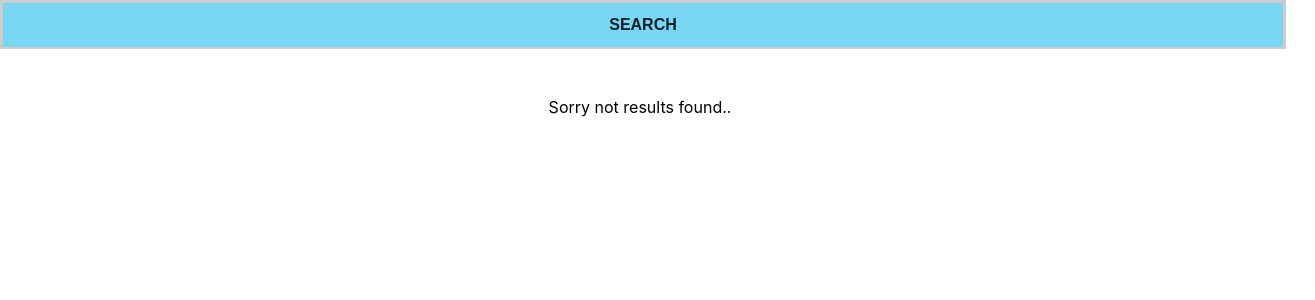
Repository: jijo78/movie-tvshows-list
Page: /
The author's editor kept a copy of each file at every save. The page is drawn from the files as they stood at one save, then again after the next save.
The browser window is 1280 px wide. The page is 1286 px wide, then 1315 px, so the pictures cover 1315 px, including what lies to the right of the window. The pictures show the whole page.
The page's requests for data from a server got no answer. The project was rebuilt for these pictures with package versions that can differ from the ones it lists, and the page was loaded fresh each time. No one was signed in, and anything a server would have sent is missing. Also part of the build but not shown: src/MediaRatio.tsx.

Above is the page before, as saved 2020-11-25 17:31:47.

### src/App.tsx
import React, { FC, useEffect, useState } from 'react'
import useSWR from 'swr'
import config from './config'
import QuickSearch from './QuickSearch'
import SearchResults from './SearchResults'

import styled from 'styled-components'
// import classNames from 'classnames'
// import debounce from 'lodash/debounce'
export const fontRootSize = 16

const pxToRem = (size: number) => `${size / fontRootSize}rem`
export const SCREEN_WIDTH_MIN = pxToRem(320)

export const SCREEN_WIDTH_MIN_2 = pxToRem(400)
interface Props {
  children: React.ReactChildren
}
const Container = styled('section')`
  display: flex;
  justify-content: center;
`

const getData = (url: string): Promise<any> => fetch(url).then((res) => res.json())

const StickyWrapper: FC<Props> = ({ children, ...rest }) => {
  const [shouldFetch, setShouldFetch] = useState(true)
  const [term, setTerm] = useState('a')
  const [append, setAppend] = useState('credits')

  const { data, error, isValidating } = useSWR(
    shouldFetch
      ? `https://api.themoviedb.org/3/search/multi?&api_key=${config.api}&query=${term}&include_adult=false&append_to_response=${append}`
      : null,
    getData,
    {
      shouldRetryOnError: false,
      revalidateOnFocus: false,
    }
  )

  useEffect(() => {
    if (data) {
      setShouldFetch(false)
    }
  }, [])

  return (
    <>
      <QuickSearch />
      <Container as="section">
        <SearchResults results={data} />
      </Container>
    </>
  )
}

export default StickyWrapper

### src/config.js
module.exports = {
    'api': '00827fd50b322764fdf4d571822a4a05'
};

### src/QuickSearch.tsx
import React, { FC } from 'react'

import styled from 'styled-components'

type Props = {
  onClick?: (e: React.MouseEvent<any>) => void
  onSubmit?: () => void
  placeholder?: string
}
/**
 * Card is a general purpose container for content.
 */
const Search = styled('section')`
  border: 3px solid #ccc;
  margin-bottom: 2rem;
  display: flex;

  width: 100%;
`

const SearchForm = styled('form')`
  position: relative;
  width: 100%;
  &fieldset {
    margin: 0;
    padding: 0;
    border: 0 none;
  }
  &.search__form--hidden {
    display: none;
  }
`
const SearchLegend = styled('legend')`
  display: none;
`

const SearchInput = styled('input')`
  position: relative;
  color: #ccc;
  width: 100%;
  text-align: center;
  padding: 0.2rem 0;
  font-size: 2rem;
  border: 0 none;
  &::placeholder {
    color: #ccc;
  }
`

const Button = styled('button')`
  width: 100%;
  border: none;
  border-color: #5c5c5c;
  cursor: pointer;
  position: absolute;
  right: 0;
  display: inline-flex;
  color: #ffffff;
  background-color: rgb(13, 46, 61);
  padding: 0.75rem;
  text-align: center;
  text-decoration: none;
  vertical-align: middle;

  justify-content: center;
  text-transform: uppercase;

  font-size: 1rem;
  line-height: 1.25;

  letter-spacing: normal;
  font-weight: bold;
  background-color: #79d6f2;
  color: #091f29;
`

const QuickSearch: FC<Props> = ({ onSubmit, onClick, placeholder }) => {
  return (
    <Search>
      <SearchForm onSubmit={onSubmit}>
        <SearchLegend>Find a movie </SearchLegend>
        <SearchInput onClick={onClick} placeholder={placeholder} />
        <Button type="submit">Search</Button>
      </SearchForm>
    </Search>
  )
}

export default QuickSearch

### src/SearchResults.tsx
import React, { FC } from 'react'
import { formatDateUK } from './date'
import { Media16x9 } from './MediaRatio'
import styled from 'styled-components'

interface Props {
  results: { results: Array<any> }
}
const Cards = styled('ul')`
  display: grid;
  width: 80rem;
  grid-template-columns: repeat(auto-fit, minmax(320px, 1fr));
  grid-gap: 2rem;
  margin: 0;
  padding: 0;
`

const Card = styled('li')`
  min-height: 10rem;
  height: 100%;
  position: relative;
  background-color: #000;
  color: #fff;
  list-style-type: none;
`
/**
 * Contains an image or other media to be placed inside the card
 */
export const CardBody = styled('div')`
  position: relative;
  padding: 0.5rem;
`

/**
 * Content to be placed at the bottom of the card.
 */
export const CardFooter = styled('footer')`
  position: relative;
  padding: 0.5rem;
`
const SearchResults: FC<Props> = ({ results }) => {
  console.log('results: ', results)
  const base_url = 'https://image.tmdb.org/t/p/w780'
  const placeholder = 'http://via.placeholder.com/400x200'

  return results && results.results && results.results.length ? (
    <Cards>
      {results.results.map((result, i) => (
        <Card>
          <Media16x9>
            <img
              alt={result.original_name}
              src={
                result.poster_path !== null && result.poster_path !== undefined
                  ? `${base_url}${result.poster_path}`
                  : `${placeholder}`
              }
            />
          </Media16x9>
          <CardBody>
            <h3>{result.title || result.original_name}</h3>
            <p>{result.overview}</p>
          </CardBody>
          <CardFooter>
            <span className="card__rating">
              Rating: {isNaN(result.vote_average) ? 0 : Math.ceil(result.vote_average * 10)}%
            </span>
            <span className="card__release">Release date: {formatDateUK(result.release_date)}</span>
          </CardFooter>
        </Card>
      ))}
    </Cards>
  ) : (
    <p className="no-results">Sorry not results found..</p>
  )
}

export default SearchResults

### src/date.ts
import dayjs from 'dayjs'

export const formatDate = (d: string) => dayjs(d).format('D MMM YYYY')
export const formatDateUK = (d: string) => dayjs(d).format('DD MMM YYYY')
export const currentYear = () => dayjs().year()

Loaded but not shown: public/index.html (common file); src/index.js (common file); src/index.css (common file); src/reportWebVitals.js (common file)

After the next save:
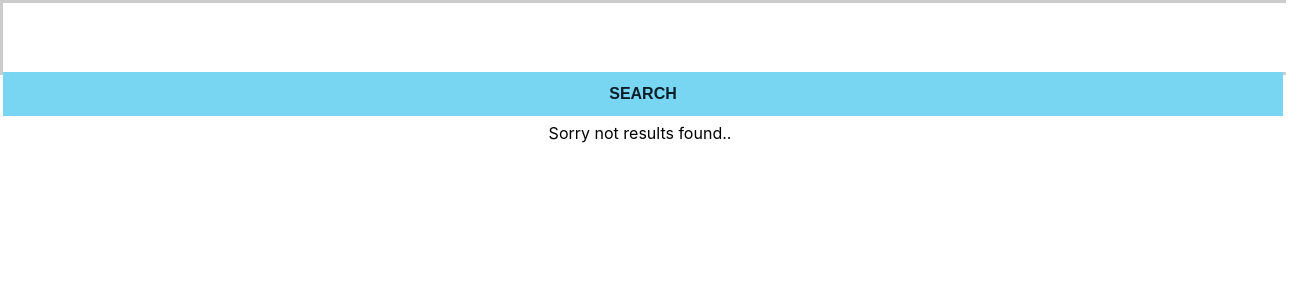
Saved 45 s later.
--- a/src/QuickSearch.tsx
+++ b/src/QuickSearch.tsx
@@ -39,7 +39,7 @@ const SearchInput = styled('input')`
   color: #ccc;
   width: 100%;
   text-align: center;
-  padding: 0.2rem 0;
+  padding: 1rem;
   font-size: 2rem;
   border: 0 none;
   &::placeholder {
